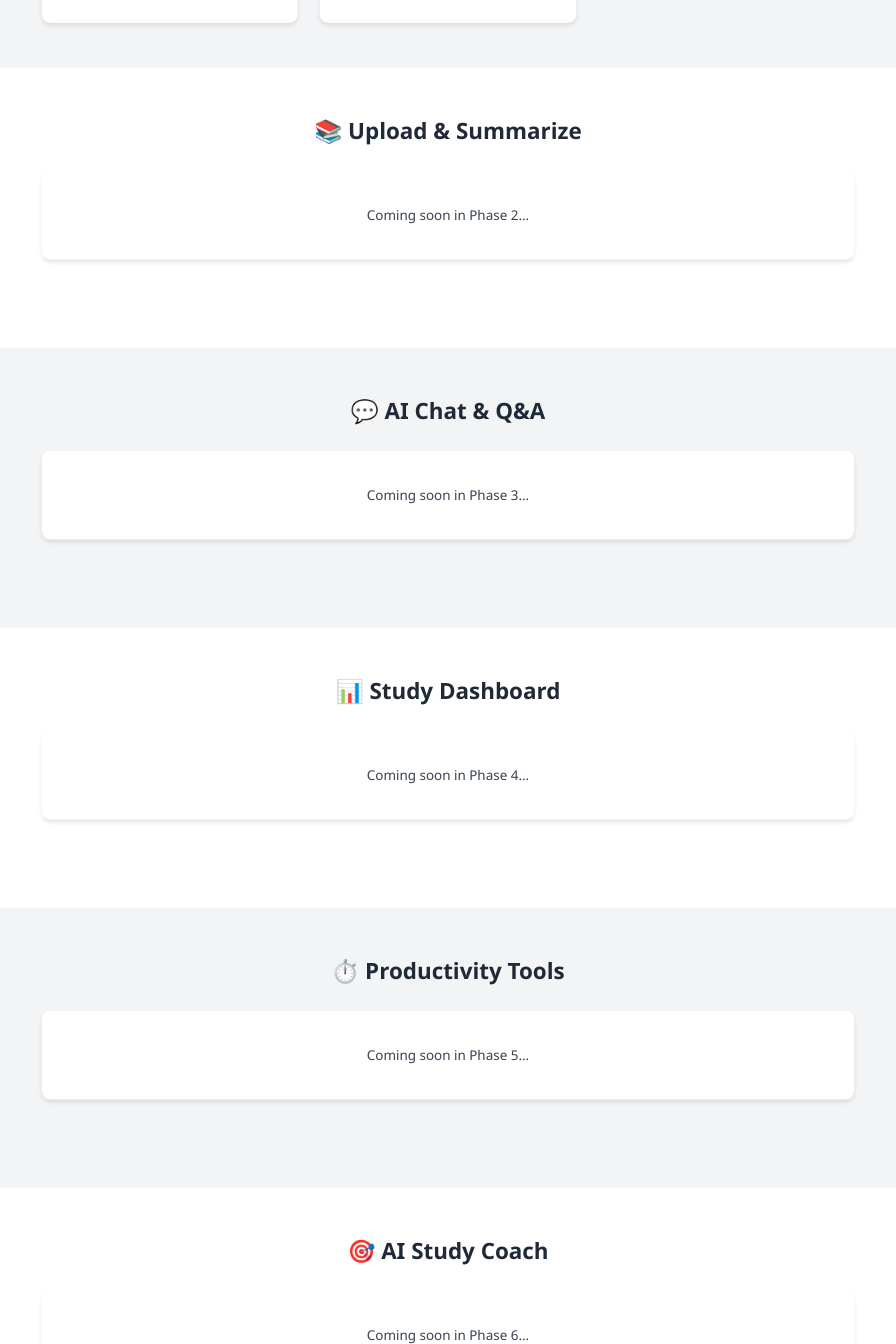
Repository: quangtunguyenn/ASAweb
Page: frontend/index.html
An editor plug-in stored every save of this project. The page is shown before and after the next save, followed by the edit.
The browser window is 1280 px wide. The pictures show the part of the page from y = 1107 to 3027 px (the page is 3294 px tall before and 3497 px after), at 70% of full size.

Above is the page before, as saved 2025-10-20 13:21:40.

After the next save:
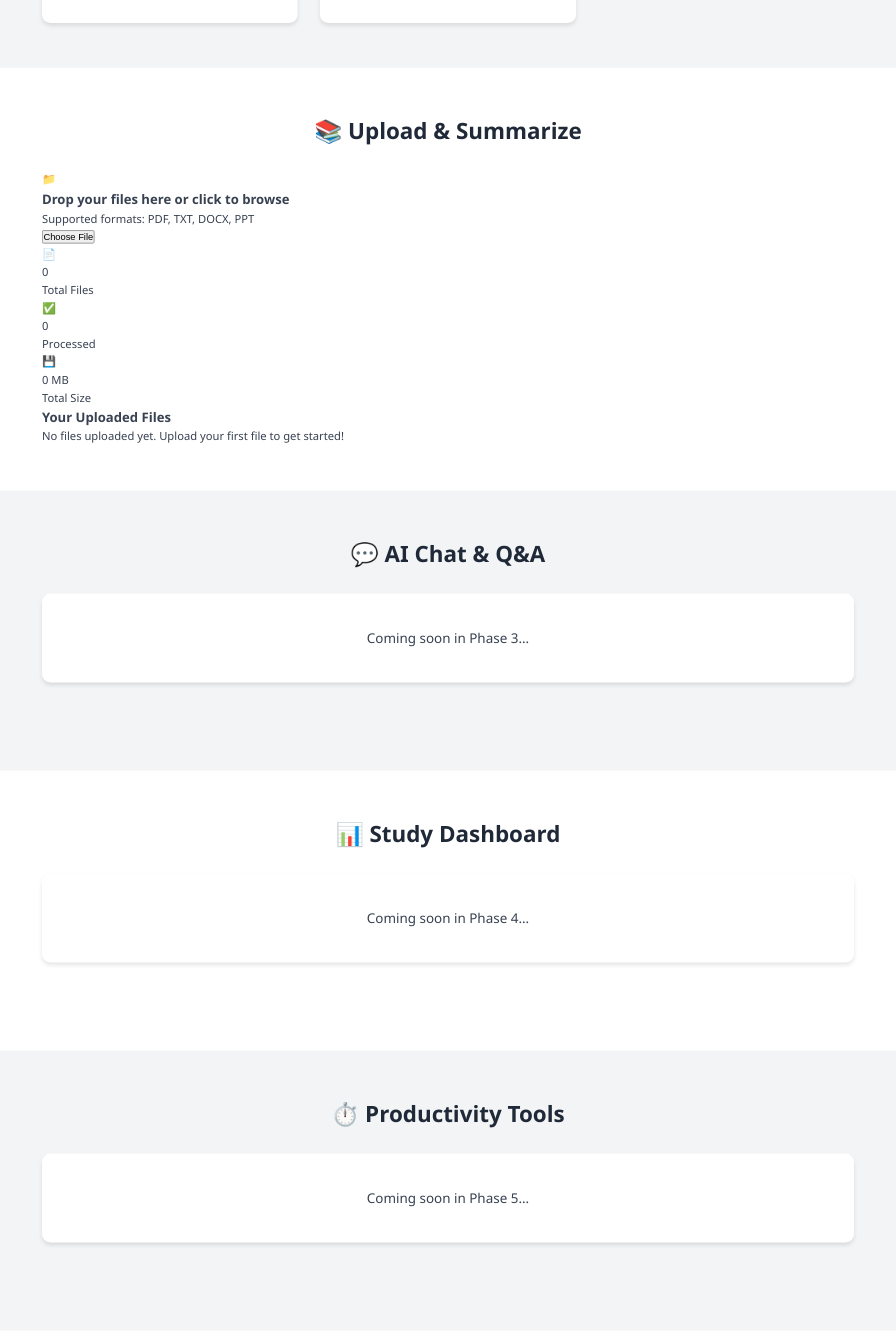
Saved 34 min 16 s later.
--- a/frontend/index.html
+++ b/frontend/index.html
@@ -76,12 +76,55 @@
         </div>
     </section>
 
-    <!-- Module Sections (Placeholders for now) -->
+    <!-- Module Sections -->
     <section id="upload" class="module-section">
         <div class="container">
             <h2>📚 Upload & Summarize</h2>
-            <div class="upload-area">
-                <p>Coming soon in Phase 2...</p>
+
+            <!-- Upload Form -->
+            <div class="upload-card">
+                <div class="upload-zone" id="uploadZone">
+                    <div class="upload-icon">📁</div>
+                    <h3>Drop your files here or click to browse</h3>
+                    <p>Supported formats: PDF, TXT, DOCX, PPT</p>
+                    <input type="file" id="fileInput" accept=".pdf,.txt,.doc,.docx,.ppt,.pptx" style="display: none;">
+                    <button class="upload-button" onclick="document.getElementById('fileInput').click()">
+                        Choose File
+                    </button>
+                </div>
+                <div id="uploadProgress" class="upload-progress" style="display: none;">
+                    <div class="progress-bar">
+                        <div class="progress-fill" id="progressFill"></div>
+                    </div>
+                    <p id="progressText">Uploading...</p>
+                </div>
+            </div>
+
+            <!-- File Statistics -->
+            <div class="stats-section" id="statsSection">
+                <div class="stat-card">
+                    <div class="stat-icon">📄</div>
+                    <div class="stat-value" id="totalFiles">0</div>
+                    <div class="stat-label">Total Files</div>
+                </div>
+                <div class="stat-card">
+                    <div class="stat-icon">✅</div>
+                    <div class="stat-value" id="processedFiles">0</div>
+                    <div class="stat-label">Processed</div>
+                </div>
+                <div class="stat-card">
+                    <div class="stat-icon">💾</div>
+                    <div class="stat-value" id="totalSize">0 MB</div>
+                    <div class="stat-label">Total Size</div>
+                </div>
+            </div>
+
+            <!-- Uploaded Files List -->
+            <div class="files-section">
+                <h3>Your Uploaded Files</h3>
+                <div id="filesList" class="files-list">
+                    <p class="empty-state">No files uploaded yet. Upload your first file to get started!</p>
+                </div>
             </div>
         </div>
     </section>
